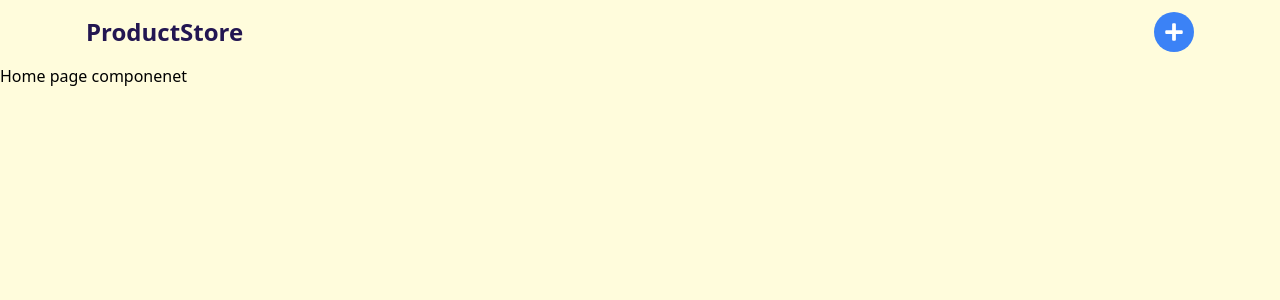
Repository: xarrkhan001/Mern-stack-Project
Page: / (app in frontend/)
An editor plug-in stored every save of this project. The page is shown before and after the next save, followed by the edit.
The browser window is 1280 px wide. The pictures show the whole page.
The project was rebuilt for these pictures with package versions that can differ from the ones it lists, and the page was loaded fresh each time. Also part of the build but not shown: frontend/vite.config.js, frontend/src/pages/CreatePage.jsx.

Above is the page before, as saved 2025-03-05 14:36:16.

After the next save:
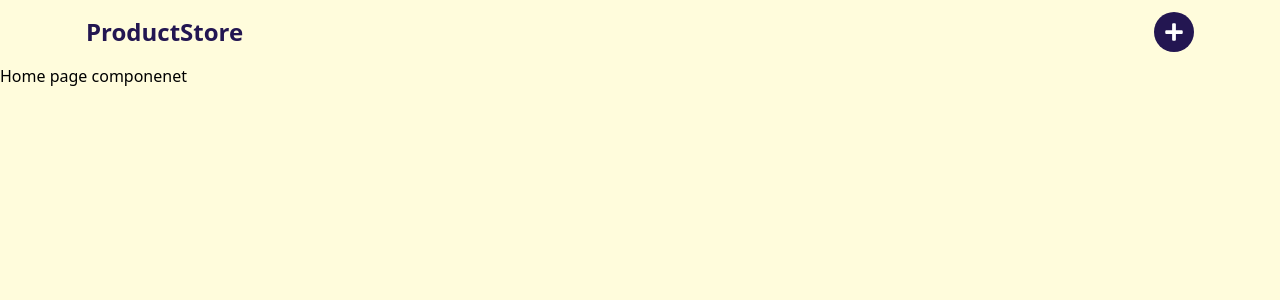
Saved 38 s later.
--- a/frontend/src/components/Navbar.jsx
+++ b/frontend/src/components/Navbar.jsx
@@ -19,7 +19,7 @@
           {/* Right side - Plus Icon */}
           <div className="relative">
             <Link to="/create">
-              <button className="w-10 h-10 bg-blue-500 text-white rounded-full flex items-center justify-center hover:bg-blue-600 focus:outline-none">
+              <button className="w-10 h-10 bg-[#231651] text-white rounded-full flex items-center justify-center hover:bg-blue-600 focus:outline-none">
                 <FaPlus size={20} />
               </button>
             </Link>
